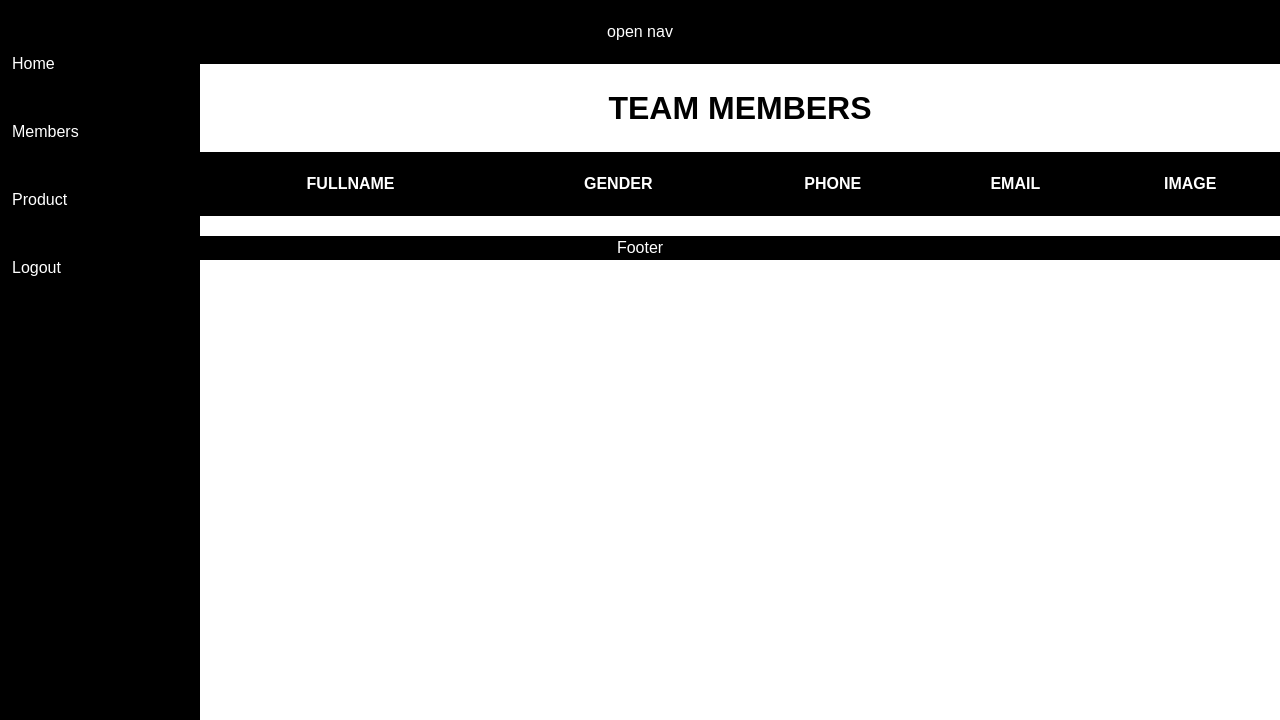
Repository: Eugene44-hub/SHRGroup46-capstone
Page: /members
An editor plug-in stored every save of this project. The page is shown before and after the next save, followed by the edit.
The browser window is 1280 px wide. The pictures show the whole page.
The page's requests for data from a server got no answer. The project was rebuilt for these pictures with package versions that can differ from the ones it lists, and the page was loaded fresh each time. No one was signed in, and anything a server would have sent is missing.

Above is the page before, as saved 2022-05-19 17:00:40.

### src/index.css
@tailwind base;
@tailwind components;
@tailwind utilities;
@import url('https://fonts.googleapis.com/css2?family=Poppins:wght@300;400;500;700&display=swap');
body {
    font-family: 'Poppins', sans-serif;
}

code {
    font-family: source-code-pro, Menlo, Monaco, Consolas, 'Courier New', monospace;
}

* {
    margin: 0;
    padding: 0;
    box-sizing: border-box;
}

@layer components {
    .tax {
        @apply text-sm font-medium
    }
    .taxPrice {
        @apply font-extralight
    }
}

### src/App.js
import React from 'react'
import { lazy, Suspense, useEffect, useState } from "react";
import { Route, Routes,BrowserRouter as Router } from "react-router-dom";

//read through comments on each component and pages to understand properly

// only tailwind and css modules are used in this project, any additional libraries should be told to the lead before installation

//Note: you can use normal import statement on the pages. Lazy load is for only Routing pages

// API's too have been fetched in utility folder you can import and use with the syntax below

import { fetchAllData,fetchCompanyQuantity,fetchPersonQuantity,fetchProductQuantity } from "./utilities/apis";
// fetchAllData(input endpoint here to fetch all data).then(data =>console.log(data) )
// fetchPersonQuantity(input quantity here to fetch an amount of data).then(data =>console.log(data) )
// fetchProductQuantity(input quantity here to fetch an amount of data).then(data =>console.log(data) )
// fetchCompanyQuantity(input quantity here to fetch an amount of data).then(data =>console.log(data) )

// endpoints are as follows:
// https://fakerapi.it/api/v1/products?_quantity=1
// https://fakerapi.it/api/v1/companies?_quantity=1
// https://fakerapi.it/api/v1/persons?_quantity=10
// https://fakerapi.it/api/v1/products
// https://fakerapi.it/api/v1/companies
// https://fakerapi.it/api/v1/persons

// check utilities folder for more details on the api functions

// happy coding


const Nav=lazy(()=>import('./components/nav/Nav'));
const Home=lazy(()=>import('./pages/home/Home'));
const Dashboard=lazy(()=>import('./pages/dashboard/Dashboard'))
const Members=lazy(()=>import('./pages/members/Members'))
const Product=lazy(()=>import('./pages/product/Product'))
const Login=lazy(()=>import('./pages/login/Login'))
const Footer=lazy(()=>import('./components/footer/Footer'))



const quantity = 12;

function App() {

  const[products, setProducts] = useState('')
  const [members,setMembers]=useState(null)

  useEffect(() => {
    fetchProductQuantity(quantity).then(data =>setProducts(data.data) )
    fetchAllData("https://fakerapi.it/api/v1/persons").then(data =>setMembers(data))
  }, [])

const [showNav,setShowNav]=useState(true)

const handleNav=()=>{
  setShowNav(!showNav)
}

  return (
    <div className="App">

<Suspense fallback={<h1>Loading...</h1>}>
  <Router>
  <Nav showNav={showNav} handleNav={handleNav}/>

    <div className='md:ml-[200px] ml-0'>
<Routes>
<Route path="/" element={<Home/>} />
<Route path="/product" element={<Product products = {products}/>} />
<Route path="/dashboard" element={<Dashboard/>} />
<Route path="/login" element={<Login/>} />
<Route path="/members" element={<Members members={members}/>} />
</Routes>
</div>
</Router>
<Footer/>
</Suspense>
    </div>
  );
}

export default App;

### src/utilities/apis.js
//this function takes in the url as an argument in string format

export const fetchAllData = async(url) => {
    const response = await fetch(url);
    const data = await response.json();
    return data;
}

//

// this part take in the quantity as an argument in integer format
export const fetchPersonQuantity = async(quantity) => {
    const response = await fetch(`https://fakerapi.it/api/v1/persons?_quantity=${quantity}`);
    const data = await response.json();
    return data;
}

export const fetchCompanyQuantity = async(quantity) => {

    const response = await fetch(`https://fakerapi.it/api/v1/companies?_quantity=${quantity}`);
    const data = await response.json();
    return data;
}

export const fetchProductQuantity = async(quantity) => {
    const response = await fetch(`https://fakerapi.it/api/v1/products?_quantity=${quantity}`);
    const data = await response.json();
    return data;
}



// https://fakerapi.it/api/v1/products?_quantity=1
// https://fakerapi.it/api/v1/companies?_quantity=1
// https://fakerapi.it/api/v1/persons?_quantity=10

### src/components/nav/Nav.jsx
import React from 'react'
import { useNavigate } from 'react-router-dom'

import styles from './Nav.module.css'
const navItems=[{
  item:'Home',
  url:'/'
},
{
  item:'members',
  url:'/'
},
{
  item:'product',
  url:'/'
},
{
  item:'logout',
  url:'/'
}]
const Nav = ({showNav,handleNav}) => {
  const navigate=useNavigate()
  return (
    <nav className={`${styles.nav}`}>
      <header className='text-white md:none text-center'>
      <button onClick={handleNav} className='p-5'>
       open nav
      </button>
      </header>

      <div  className={`fixed md:w-[200px] overflow-hidden transition-all ${showNav?"w-[200px]":"w-[0px]"} bg-black z-50 pt-5 top-0 h-full`}>
      <ul>

{navItems.map((navItem,index)=>(<li className='my-5 p-3 transition-all hover:bg-gray-200 hover:text-black'>
  <button className='capitalize ' onClick={()=>navigate(navItem.url)}>{navItem.item}</button>
</li>))}
<li>

</li>
</ul>
      </div>

    </nav>
  )
}

export default Nav

### src/pages/members/Members.jsx
import React from 'react'
//components should be imported from here if needed
// make use of your normal import statement here to import components
// make use of the css module folder or tailwind or you can use inline styles
// check the sample on nav and footer for css modules


const Members = ({members}) => {

console.log(members);
  return (
    <section className='my-5'>
    <div className='container'>
    <header className='md:text-[2rem] text-center font-bold uppercase mb-5'>
      Team members
    </header>
<table className='w-full text-white'>
 <thead>


    <tr className='bg-black border-white'>
      <th className='text-center  py-5 text-[.5rem] md:text-[1rem] uppercase'>fullname</th>
      <th className='text-center py-5 text-[.5rem] md:text-[1rem] uppercase'>gender</th>
      <th className='text-center py-5 text-[.5rem] md:text-[1rem] uppercase'>phone</th>
      <th className='text-center py-5 text-[.5rem] md:text-[1rem] uppercase'>email</th>
      <th className='text-center py-5 text-[.5rem] md:text-[1rem] uppercase'>image</th>
    </tr>
    </thead>

<tbody>
  {members&&members.data.map((member,index) => (
      <tr key={index} style={{backgroundColor:index%2===0?"lightgrey":"black", color:index%2===0?"black":"white"}} className="py-5 shadow-lg mb-5">
      <td className=' text-center text-[.5rem] md:text-[1rem]'>
      {member.firstname} {member.lastname}
      </td>
      <td className=' text-center text-[.5rem] md:text-[1rem] capitalize'>
      {member.gender}
      </td>
      <td className=' text-center text-[.5rem] md:text-[1rem]'>
      {member.phone}
      </td>
      <td className=' text-center text-[.5rem] md:text-[1rem]'>
      {member.email}
      </td>
      <td className=' py-2  text-center text-[.5rem] md:text-[1rem]'>
      <img src={member.image} className="w-[50px] mx-auto h-[50px] rounded-full" alt="" />
      </td>
      </tr>
      ))}
</tbody>

</table>

    </div>

    </section>
  )
}

export default Members

### src/components/footer/Footer.jsx
import React from 'react'
import styles from "./Footer.module.css"
const Footer = () => {
  return (
    <footer className={styles.footer}>Footer</footer>
  )
}

export default Footer

### src/components/nav/Nav.module.css
/** @format */

nav {
    /* height: 300px; */
    background-color: black;
    color: white;
}

### src/components/footer/Footer.module.css
/** @format */

footer {
  /* height: 300px; */
  background-color: black;
  color: white;
  text-align: center;
}

Loaded but not shown: public/index.html (common file); src/index.js (common file); tailwind.config.js (common file)

After the next save:
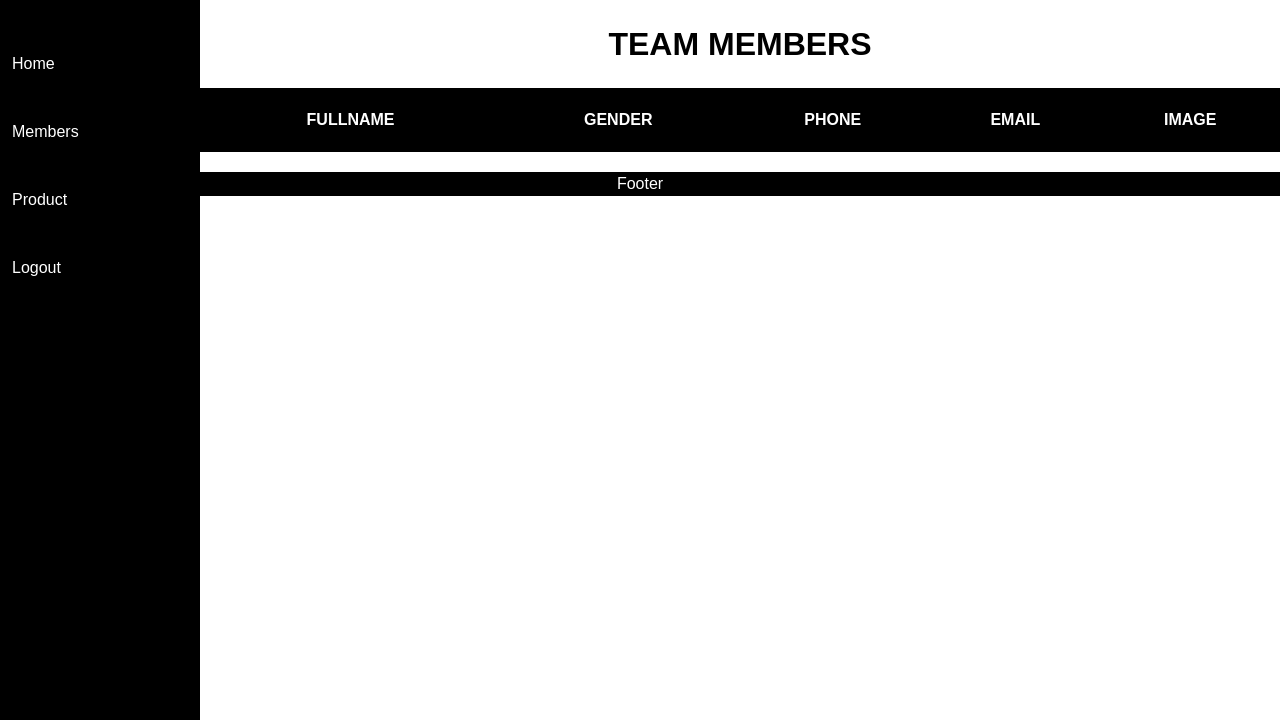
Saved 19 s later.
--- a/src/components/nav/Nav.jsx
+++ b/src/components/nav/Nav.jsx
@@ -22,7 +22,7 @@ const Nav = ({showNav,handleNav}) => {
   const navigate=useNavigate()
   return (
     <nav className={`${styles.nav}`}>
-      <header className='text-white md:none text-center'>
+      <header className='text-white md:hidden text-center'>
       <button onClick={handleNav} className='p-5'>
        open nav
       </button>
